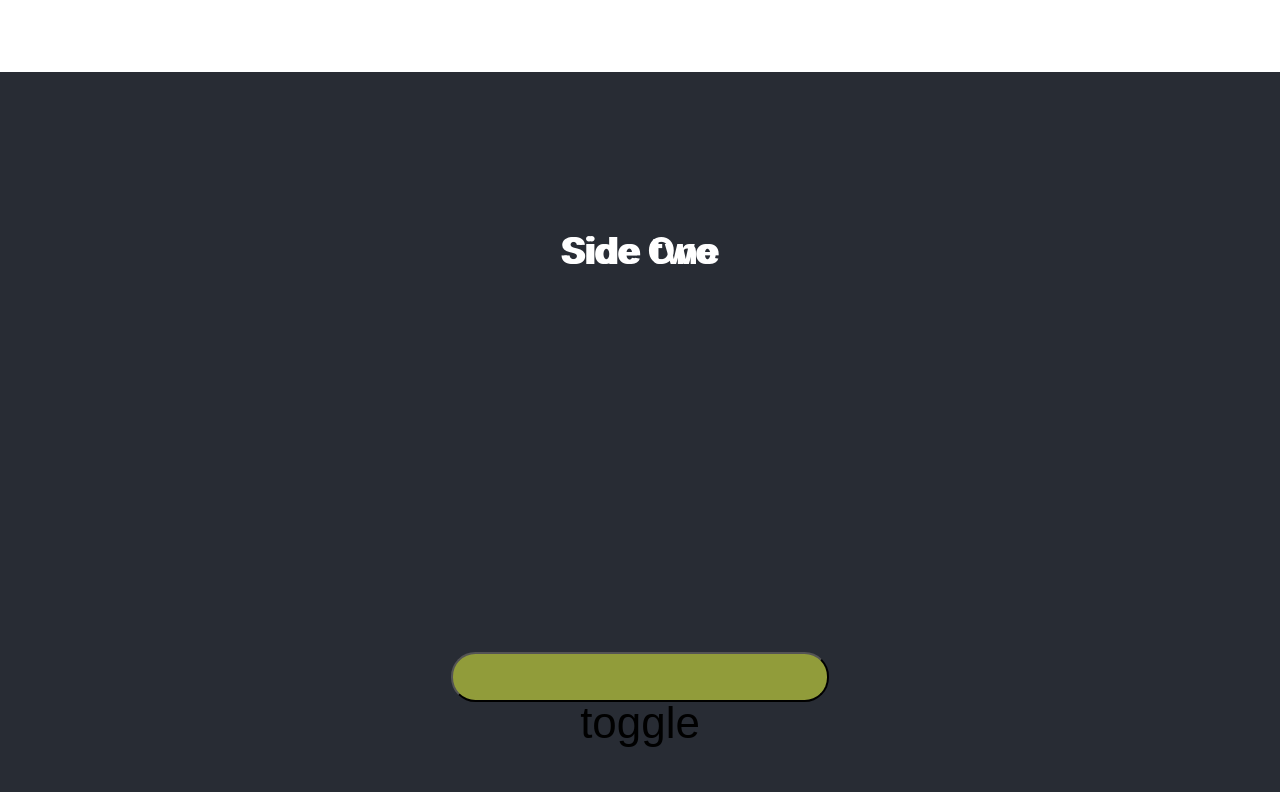
Repository: MikeTroianello/phos-react
Page: /
These files come from the project's save history. The page is drawn as it stood at one moment and after the next save; the edit follows.
The browser window is 1280 px wide. The pictures show the whole page.
The project was rebuilt for these pictures with package versions that can differ from the ones it lists, and the page was loaded fresh each time.

Above is the page before, as saved 2020-06-02 00:20:04.

### src/App.js
import React from 'react';
import logo from './logo.svg';
import './App.css';
import Card from './components/card/Card';

function App() {
  return (
    <div className='App'>
      <header className='App-header'>
        <Card />
      </header>
    </div>
  );
}

export default App;

### src/components/card/Card.js
import React from 'react';
import './card.css';

const Card = () => {
  return (
    <div className='signup-login-container'>
      <section className='container'>
        <div className='thing'>
          <div className='front card-div'>
            <h1>Side One</h1>
          </div>
          <div className='back card-div'>
            <h2>Side two</h2>
          </div>
        </div>
      </section>
      <button className='create-button'>
        <p>toggle</p>
      </button>
    </div>
  );
};

export default Card;

### src/components/card/card.css
.homepage-top {
  display: flex;
  justify-content: space-evenly;
  flex-wrap: wrap;
  height: 82vh;
  background: url('../images-and-videos/images/Background-Winter.jpg');
  background-repeat: no-repeat;
  background-size: cover;
  background-position: 0% 22%;
}

@media (min-width: 427px) and (max-width: 976px) {
  .homepage-top {
    height: 150vh;
    background-position: 0% 22%;
  }
}

/* @media (max-width: 427px) {
  .homepage-top {
    height: 1200px;
    background-position: 0% 22%;
  }
} */

.homepage-greet {
  margin-top: 6vh;
}

.homepage-greet h1 {
  font-size: 6em;
}

.homepage-greet p {
  font-size: 2em;
}

.homepage-separation {
  height: 1vh;
  width: auto;
  background-color: rgba(148, 151, 168, 0.9);
  margin-top: -1vh;
}

.homepage-sad {
  margin: 5vw;
  /* margin-left: 5vw; */
}

.homepage-sad h2 {
  font-size: 5em;
  text-align: center;
}

.homepage-sad h4 {
  font-size: 2.5em;
  text-align: center;
  margin: 10vw;
}

.homepage-sad p {
  font-size: 1.75em;
  text-align: center;
}

.homepage-sunlog {
  display: flex;
  justify-content: space-between;
  flex-wrap: wrap;
}

.sunlog-description {
  margin-left: 5vw;
  text-align: center;
  max-width: 700px;
}

.sunlog-description h2 {
  font-size: 3em;
}

.sunlog-description p {
  font-size: 1.3em;
  margin: 7vh 0;
}

.sunlog-example {
  display: flex;
  flex-direction: column;
  /* max-width: 98%; */
  padding: 1%;
}

.sunlog-example h4 {
  text-align: center;
  margin: 0 0 2vh 0;
}

.sunlog-create {
  margin: 10vh 0;
}

.footer {
  /* position: absolute; */
  /* bottom: 0;
  width: 100%; */
  border-top: 1px solid black;
  display: flex;
  justify-content: space-evenly;
  background-color: rgb(119, 159, 219);
  overflow: auto;
}

.footer-button {
  margin: 3vh 0;
  height: 50%;
  width: 122px;
  font-size: 1em;
  background-color: rgb(224, 242, 243);
}

.footer-button:hover {
  transition: 0.25s;
  background-color: rgb(183, 207, 218);
}

/* .footer-contact {
  text-align: center;
} */

/* FOR THE FOOTER LOGO */

.footer-logo {
  display: flex;
  align-items: center;
  /* color: white; */
  padding: 1px 6px 0;
  font-weight: bold;
  border-style: solid;
  /* border-color: White; */
  width: 40px;
  /* border-width: 2px; */
  margin: 30px 0;
}

.mt-logo {
  margin: 3px 0;
  text-align: center;
}

/* EVERYTHING BELOW HERE IS FOR THE CARD FLIP ANIMATION AND POSSIBLY A VIDEO PLAYER */

.signup-login-container {
  margin: 5vh 0 0 0;
  display: flex;
  flex-direction: column;
  max-width: 425px;
  align-items: center;

  /* color: green; */
}

.create-button {
  width: 90%;
  height: 50px;
  border-radius: 1ch;
  font-size: 1.8em;
  margin: 15vh 0 0 0;
  /* background-color: rgba(93, 87, 87, 0.7); */
  background-color: rgba(180, 194, 60, 0.75);
}

@media (min-height: 760px) {
  .create-button {
    margin: 18vh 0 0 0;
  }
}

@media (min-width: 450px) and(max-width: 580px) {
  .homepage-greet h1 {
    font-size: 5em;
  }
  .homepage-greet p {
    text-align: center;
  }
}

@media (max-width: 450px) {
  .homepage-greet h1 {
    font-size: 4em;
  }

  .homepage-greet p {
    text-align: center;
  }
}

.create-button:hover {
  transition: 0.3s;
  background-color: rgba(93, 87, 87, 0.8);
}

.container {
  width: 420px;
  height: 345px;
  position: relative;
  -webkit-perspective: 1000px;
  -moz-perspective: 1000px;
  -o-perspective: 1000px;
  perspective: 1000px;
}
.card {
  width: 100%;
  height: 100%;
  position: absolute;

  -webkit-transition: -webkit-transform 1s;
  -moz-transition: -moz-transform 1s;
  -o-transition: -o-transform 1s;
  transition: transform 1s;
  -webkit-transform-style: preserve-3d;
  -moz-transform-style: preserve-3d;
  -o-transform-style: preserve-3d;
  transform-style: preserve-3d;
  -webkit-transform-origin: 50% 50%;
}

.card-div {
  display: block;
  height: 100%;
  width: 100%;
  /*     line-height: 260px; */
  /*     color: white; */
  text-align: center;
  font-weight: bold;
  /*     font-size: 140px; */
  position: absolute;
  -webkit-backface-visibility: hidden;
  -moz-backface-visibility: hidden;
  -o-backface-visibility: hidden;
  backface-visibility: hidden;
}
.card .front {
  /* background: red; */
  /* background-color: rgba(255, 255, 255, 0.2); */
}
.card .back {
  /* background: blue; */
  /* background-color: rgba(255, 255, 255, 0.2); */
  -webkit-transform: rotateY(180deg);
  -moz-transform: rotateY(180deg);
  -o-transform: rotateY(180deg);
  transform: rotateY(180deg);
}
.card.flipped {
  -webkit-transform: rotateY(180deg);
  -moz-transform: rotateY(180deg);
  -o-transform: rotateY(180deg);
  transform: rotateY(180deg);
}

/* FOR THE VIDEO */

#myVideo {
  position: fixed;
  right: 0;
  bottom: 0;
  min-width: 100%;
  min-height: 100%;
}

/* Add some content at the bottom of the video/page */
.content {
  position: fixed;
  bottom: 0;
  background: rgba(0, 0, 0, 0.5);
  color: #f1f1f1;
  width: 100%;
  padding: 20px;
}

/* Style the button used to pause/play the video */
#myBtn {
  width: 200px;
  font-size: 18px;
  padding: 10px;
  border: none;
  background: #000;
  color: #fff;
  cursor: pointer;
}

#myBtn:hover {
  background: #ddd;
  color: black;
}

@media (max-width: 426px) {
  .container {
    max-width: 315px;
    perspective: 0px;
  }

  .create-button {
    margin: 3vh 0 0 0;
  }

  .signup-login-container {
    margin: 0;
  }

  .homepage-top {
    height: 136vh;
  }

  .create-button {
    width: 100%;
    height: auto;
  }

  .signup {
    height: 340px;
  }
}

@media (max-width: 375px) {
  .homepage-sad {
    margin: 0;
    text-align: center;
  }

  .sunlog-description {
    margin: 0;
  }
}

@media (max-width: 470px) {
  .footer-button {
    display: none;
  }

  .footer-contact {
    font-size: 0.8em;
    text-align: start;
    margin-top: 17px;
  }

  .footer-contact p {
    margin: 7px 0 0;
  }

  .footer-logo {
  }
}

/* NAVBAR */

.navbar {
  display: flex;
  justify-content: space-between;
  align-items: center;
  border-bottom: 1px solid black;
  height: 10vh;
  position: fixed;
  width: 100%;
  top: 0;
  background-color: rgb(142, 194, 234);
  /* background-color: rgb(180, 214, 241) */
  z-index: 1;
  /* overflow: hidden; */
}

.nav-links {
  display: flex;
  justify-content: space-around;
  width: 50%;
}

@media (min-width: 730px) and (max-width: 850px) {
  .nav-links {
    width: 60%;
  }
}
@media (min-width: 427px) and (max-width: 730px) {
  .nav-links {
    width: 80%;
    font-size: 0.75em;
  }

  .logged-in-user {
    font-size: 0.75em;
  }
}

@media (max-width: 426px) {
  .nav-links {
    width: 100%;
    font-size: 0.75em;
  }

  .logged-in-user {
    display: none;
  }
}

.logged-in-user {
  margin: 0 0 0 2vw;
}

.nav-links a {
  color: black;
  text-decoration: none;
  font-size: 1.5em;
}

.nav-links a:hover {
  transition: 0.2s;
  color: rgb(1, 24, 128);
  /* text-decoration: underline; */
}

.chosen {
  color: rgb(30, 4, 95);
  text-decoration: underline;
}

.App {
  text-align: center;
  margin-top: 10vh;
}

.App-header {
  background-color: #282c34;
  min-height: 100vh;
  display: flex;
  flex-direction: column;
  align-items: center;
  justify-content: center;
  font-size: calc(10px + 2vmin);
  color: white;
}

.App-link {
  color: #09d3ac;
}

h1 {
  text-align: center;
}

i {
  text-align: center;
}

a {
  text-decoration: none;
}

.top-push {
  margin-top: 12.25vh;
}

/* CREATE LOGS */

.log-head {
  /* display: flex; */
  border-bottom: 1px solid black;
}

.log-head > span {
  justify-content: space-between;
  margin: -21px 0px 0px;
}

.name-and-gender {
  display: flex;
  justify-content: space-around;
  align-items: center;
  /* border: 1px solid black; */
  /* justify-content: space-evenly; */
}

.name-and-gender > div {
  width: 30%;
}

.name-box {
  min-width: 45%;
  text-align: center;
}

@media (max-width: 375px) {
  .name-box {
    font-size: 0.75em;
  }
}

.weather-box {
  text-align: center;
  margin-top: -3.5%;
  /* max-width: 45%; */
  /* border-bottom: 1px solid black; */
  /* border-left: 1px solid black; */
  /* border-radius: 2%; */
}

.weather-box > p {
  /* max-width: 45%; */

  font-size: 0.75em;
  margin-top: 7px;
  margin-bottom: 2px;
}

.weather-icon {
  margin: -43px 0px -36px;
  /* margin: -41px 15px -36px; */
  /* border: 1px solid black; */
  /* FOR MOBILE margin:-6.7vh 4.98vw */
}

.gradient {
  background: rgb(2, 10, 46);
  background: linear-gradient(
    90deg,
    rgba(2, 10, 46, 1) 0%,
    rgba(12, 35, 135, 1) 30%,
    rgba(87, 139, 53, 1) 59%,
    rgba(255, 195, 66, 1) 100%
  );
}

.red {
  color: red;
  text-align: center;
}
.false {
  color: red;
  text-align: center;
}

.green {
  color: rgb(16, 116, 16);
  text-align: center;
}

.black {
  color: black;
  text-align: center;
}

/* VIEW ALL LOGS PAGE */

.view-header {
  display: flex;
  flex-wrap: wrap;
  justify-content: space-evenly;
  /* border-bottom: 1px dotted black; */
}

.view-header > div > h1 {
  margin: 0px 0 4vh 0;
}

.create-log-link {
  text-align: center;
}

.log-box {
  display: flex;
  flex-wrap: wrap;
  justify-content: space-evenly;
}

.log {
  border: 1px solid black;
  margin: 5vh 1.4vw;
  padding: 0 1vw;
  border-radius: 10px;
  width: 550px;
  box-shadow: 2px 2px #9398a2;
  background-color: #baccf1;
  /* min-width: 420px; */
}

.mock-log {
  border: 1px solid black;
  margin: 5vh 1.4vw;
  padding: 0 1vw;
  border-radius: 10px;
  max-width: 550px;
  box-shadow: 2px 2px #9398a2;
  background-color: #baccf1;
}

.log h2 {
  text-align: center;
}

.weather-audit {
  border: 1px solid black;
  margin: 1vh;
  padding: 0 1vw;
  max-width: 500px;
}

.header {
  display: flex;
  justify-content: space-between;
  border-bottom: 1px dashed black;
  text-align: center;
}

.header > span {
  font-size: 16px;
  width: 25%;
  font-weight: bold;
  text-align: center;
}

.weather-average-header {
  display: flex;
  justify-content: space-between;
  text-align: center;
}

.weather-average-header span {
  width: 22%;
  text-align: center;
}

.filter-box {
  display: flex;
  flex-wrap: wrap;
  justify-content: space-around;
  align-items: center;
  border-top: 1px dotted black;
}

.gender-filter {
  text-align: center;
}

.gender-filter button {
  background-color: rgb(233, 30, 99);
  border-radius: 50%;
  height: 50px;
  width: 100px;
  font-size: 1em;
}

.gender-filter button:hover {
  transition: 0.2s;
  background-color: rgb(240, 97, 130);
}

.view-default-logs {
  background-color: rgba(234, 60, 100, 1);
  height: 50px;
  font-size: 1em;
  font-weight: bold;
  border-radius: 3ch;
  margin-top: 1vh;
}

.view-default-logs:hover {
  transition: 0.2s;
  background-color: rgb(240, 97, 130);
}

.gender {
  margin-left: 2vw;
  /* text-align: end; */
}

.mood-and-productivity {
  display: flex;
  justify-content: space-evenly;
  text-align: center;
}

.mood-and-productivity > h3 {
  width: 40%;
  /* display: flex;
  justify-content: space-between; */
  border: 1px solid black;
}

.mood-and-productivity > h3 > p {
  color: red;
}

/* SIGNUP */
.signup {
  border: 2px solid black;
  overflow: hidden;
  background-color: rgba(250, 250, 250, 0.55);
  border-radius: 17px;
  display: flex;
  flex-direction: column;
  /* justify-content: flex-end; */
  min-height: 300px;
  height: 333px;
  max-width: 400px;
  margin: 2vw 0;
  padding: 2vh 1vw 0;
}

@media (min-height: 760px) {
  .signup {
    height: 365px;
  }
}

/* .signup > form {
  min-height: 280px;
} */

.signup-button {
  display: flex;
  /* align-items: flex-end; */
  justify-content: center;
}

.signup-button > button {
  margin-top: 1vh;
  font-size: 2em;
  height: 50px;
  width: 60%;
  border-radius: 1ch;
  margin-bottom: 2vh;
  background-color: rgba(114, 185, 240, 0.75);
}

.signup-button > button:hover {
  transition: 0.3s;
  background-color: rgba(114, 185, 240, 0.9);
}

.login-button {
  display: flex;
  /* align-items: flex-end; */
  justify-content: center;
}

.login-button > button {
  margin-top: 6vh;
  font-size: 2em;
  height: 50px;
  width: 60%;
  border-radius: 1ch;
  margin-bottom: 3vh;
  background-color: rgba(114, 185, 240, 0.75);
}

.login-button > button:hover {
  transition: 0.3s;
  background-color: rgba(114, 185, 240, 0.9);
}

.signup-header {
  text-align: center;
  font-size: 1.66em;
  margin-bottom: 2vh;
}

.form-piece {
  display: flex;
  justify-content: space-between;
  margin: 2vh 0;
}

.login-form-piece {
  font-size: 1.5em;
  margin: 20px 0;
}

.signup-message {
  /* margin: 5vh 0; */
  color: red;
  text-align: center;
}

/* THIS IS YOUR PROFILE PAGE */

.profile-header {
  display: flex;
}

.profile-date > span {
  font-size: 1.25em;
}

.cog {
  justify-content: end;
}

.profile-log-head {
  display: flex;
  justify-content: space-around;
}

@media (max-width: 345px) {
  .log h2 {
    font-size: 1em;
  }
}

.profile-mood-box {
  display: flex;
  /* flex-direction: column; */
  justify-content: space-evenly;
  align-items: center;
  flex-wrap: wrap;
}

.no-log-created {
  font-size: 3em;
  text-align: center;
  margin-top: 15vh;
}

.sort-by-age-box {
  display: flex;
  justify-content: center;
}

.sort-by-age {
  height: 50px;
  width: 45%;
  border-radius: 10px;
  font-size: 1.2em;
  background: rgba(69, 140, 216, 0.6);
  margin: 5% 0 0 0;
}

.sort-by-age:hover {
  transition: 0.25s;
  background: rgba(69, 140, 216, 0.9);
}

@media (max-width: 800px) {
  .sort-by-age {
    width: 75%;
  }
}

.weather-box-profile {
  margin-top: -0.5%;
}

@media (max-width: 425px) {
  .view-profile-overall-happiness {
    text-align: center;
  }
}

/* CREATE A LOG */

.create-log-page {
  display: flex;
  justify-content: center;
}

.create-log {
  border: 1px solid black;
  border-radius: 5px;
  margin: 1% 1% 0;
  text-align: center;
  max-width: 450px;
  height: 550px;
}

.create-log-button {
  width: 90%;
  height: 50px;
  border-radius: 1ch;
  font-size: 1.8em;
  margin: 0 0 2vh 0;
  /* background-color: rgba(93, 87, 87, 0.7); */
  background-color: rgba(180, 194, 60, 0.75);
}

.one-through-five-box {
  color: blue;
  font-weight: 100;
}

.one-through-five {
  display: flex;
  justify-content: space-around;
}

.one-through-five > span {
  margin: 12px 0;
  padding: 6px 11px;
  border: 2px solid blue;
  border-radius: 50%;
}

.one-through-five > button {
  margin: 12px 0;
  padding: 6px 11px;
  border: 2px solid blue;
  border-radius: 50%;
}

.one-through-five > #mood {
  color: rgb(15, 120, 218);
  margin: 12px 0;
  padding: 6px 6px;
  border: 2px solid blue;
  border-radius: 50%;
}

.one-through-five > #mood:hover {
  transition: 0.2s;
  background-color: rgba(250, 148, 148, 0.8);
}
.one-through-five > span:hover {
  transition: 0.2s;
  background-color: lightblue;
}

.one-through-five > span:focus {
  background-color: lightcoral;
}

.one-through-five > button:hover {
  transition: 0.2s;
  background-color: lightblue;
}

.one-through-five > button:focus {
  background-color: lightcoral;
}

#mood:target {
  background-color: black;
}

:target {
  background-color: black;
}

/* SETTINGS PAGE */

.settings-top {
  display: flex;
  flex-direction: column;
  justify-content: center;
  align-items: center;
  text-align: center;
}

.settings {
  /* border-left: 1px solid black;
  border-right: 1px solid black; */
  width: 54%;
  border-left: 3px solid black;
  border-right: 3px solid black;
  border-bottom: 2px solid black;
  margin-bottom: 3vh;
  padding: 1%;
  background: #a9c3e0;
}

@media (max-width: 700px) {
  .settings {
    width: 93%;
  }
}

.settings-change-preferences {
  border-top: 2px solid black;
  border-bottom: 2px solid black;
  padding-bottom: 2vh;
  margin-top: 2vh;
}

.settings-change-preferences-button {
  height: 30px;
  width: 27%;
  min-width: 120px;
  border-radius: 10px;
  font-size: 0.85em;
  background: rgba(224, 166, 166, 0.7);
}

.settings-change-preferences-button:hover {
  transition: 0.25s;
  background: rgba(235, 160, 160, 0.95);
}

.settings-change-info {
  display: flex;
  flex-direction: column;
  align-items: center;
  border-bottom: 2px solid black;
  padding-bottom: 2vh;
}

.change-account-sub-box {
  display: flex;
  justify-content: space-between;
  width: 275px;
}

.settings-change-password {
  border-top: 2px solid black;
  margin-top: 2vh;
}

.change-password-super-box {
  display: flex;
  justify-content: center;
}

.change-password-box {
  display: flex;
  flex-direction: column;
  justify-content: center;
  width: 275px;
}

.change-password-sub-box {
  display: flex;
  justify-content: space-between;
}

.settings-change-button {
  color: white;
  font-size: 1em;
  height: 35px;
  width: 30%;
  margin: 6vh 0 3vh;
  border-radius: 1ch;
  background-color: rgba(36, 100, 184, 0.8);
  align-self: center;
}

.settings-change-button:hover {
  transition: 0.2s;
  background-color: rgba(19, 71, 139, 0.8);
}

.delete {
  background-color: rgba(255, 0, 0, 0.75);
  /* box-shadow: 1px 1px rgb(16, 15, 15); */
  font-size: 1.5em;
  height: 52px;
  width: 200px;
  margin: 3%;
  border-radius: 2ch;
  border: 2px solid black;
}

.delete:hover {
  transition: 0.3s;
  background-color: rgba(255, 0, 0, 0.9);
}

.confirmDelete {
  margin: 3vh 0 0 0;
}

/* MOBILE */

@media (min-width: 425px) and (max-width: 770px) {
  .header-productivity {
    width: 27% !important;
  }
}

@media (max-width: 420px) {
  .filter-box > div {
    width: 100%;
    margin: 2vh 0;
    text-align: center;
  }

  .weather-box > p {
    margin-left: 9px;
  }

  .logged-in-user {
    margin: 0 0 0 2vw;
    font-size: 0.7em;
  }

  .create-button {
    width: 90%;
    margin: 8% 5% 2%;
  }

  .header-productivity {
    width: 31% !important;
  }
}

@media (min-width: 370px) and (max-width: 419px) {
  .header-productivity {
    width: 31% !important;
  }
}

@media (max-width: 1500px) {
  .settings-change-button {
    width: 250px;
    /* width: 85%; */
  }
}

Loaded but not shown: public/index.html (common file); src/index.js (common file); src/index.css (common file); src/serviceWorker.js (common file); src/App.css (common file)

After the next save:
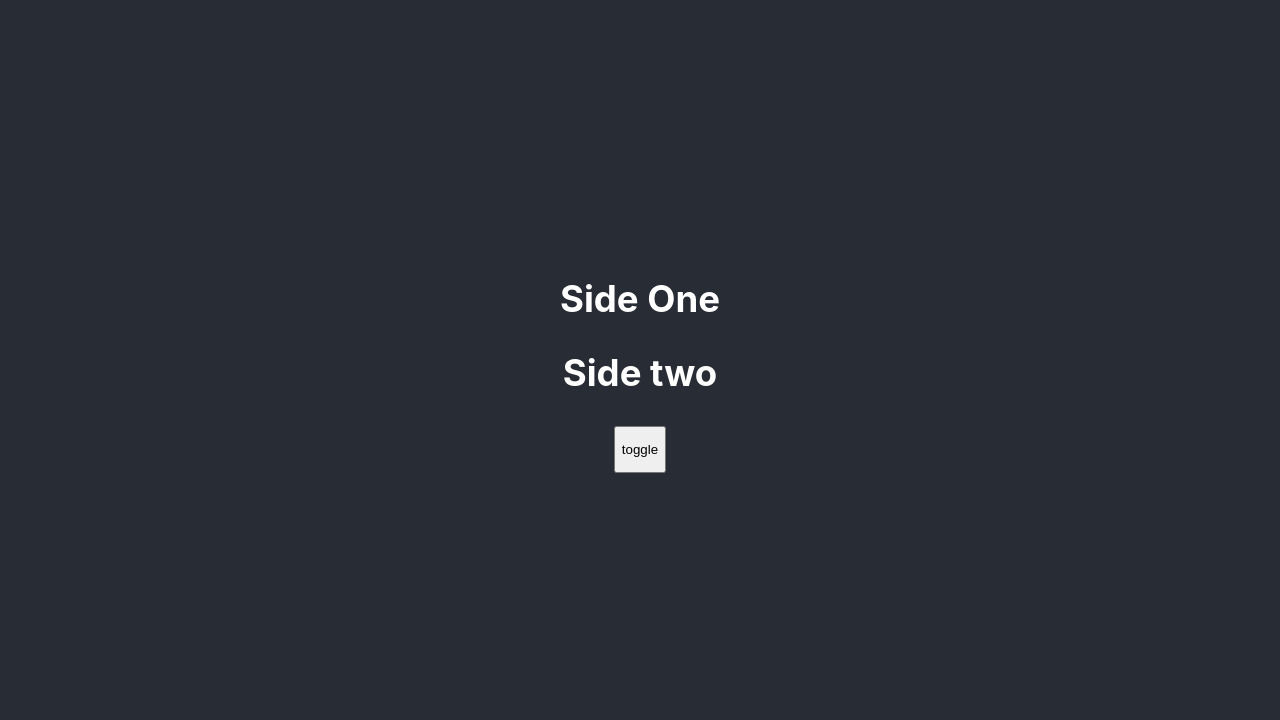
Saved 38 s later.
--- a/src/components/card/card.css
+++ b/src/components/card/card.css
@@ -2,12 +2,7 @@
   display: flex;
   justify-content: space-evenly;
   flex-wrap: wrap;
-  height: 82vh;
-  background: url('../images-and-videos/images/Background-Winter.jpg');
-  background-repeat: no-repeat;
-  background-size: cover;
-  background-position: 0% 22%;
-}
+
 
 @media (min-width: 427px) and (max-width: 976px) {
   .homepage-top {

After the save that followed:
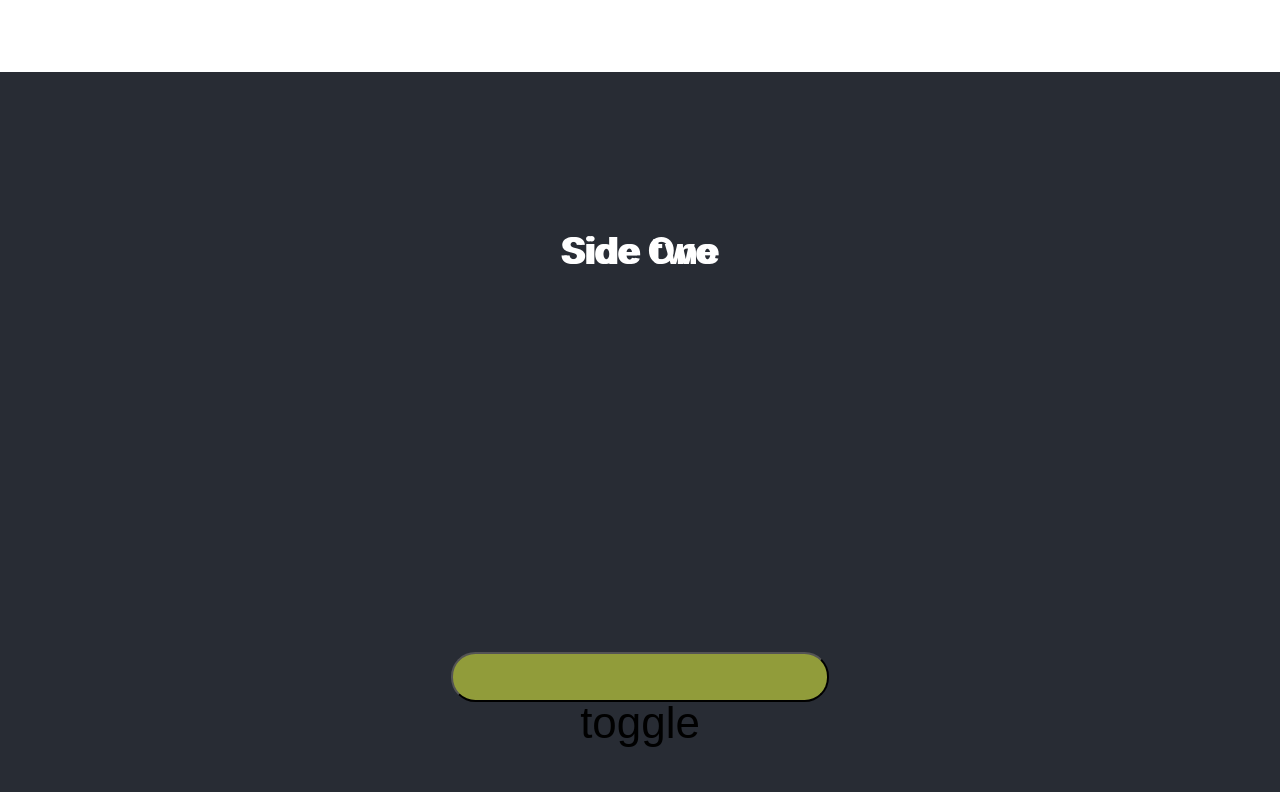
Saved 11 s later.
--- a/src/components/card/card.css
+++ b/src/components/card/card.css
@@ -2,7 +2,8 @@
   display: flex;
   justify-content: space-evenly;
   flex-wrap: wrap;
-
+  height: 82vh;
+}
 
 @media (min-width: 427px) and (max-width: 976px) {
   .homepage-top {
